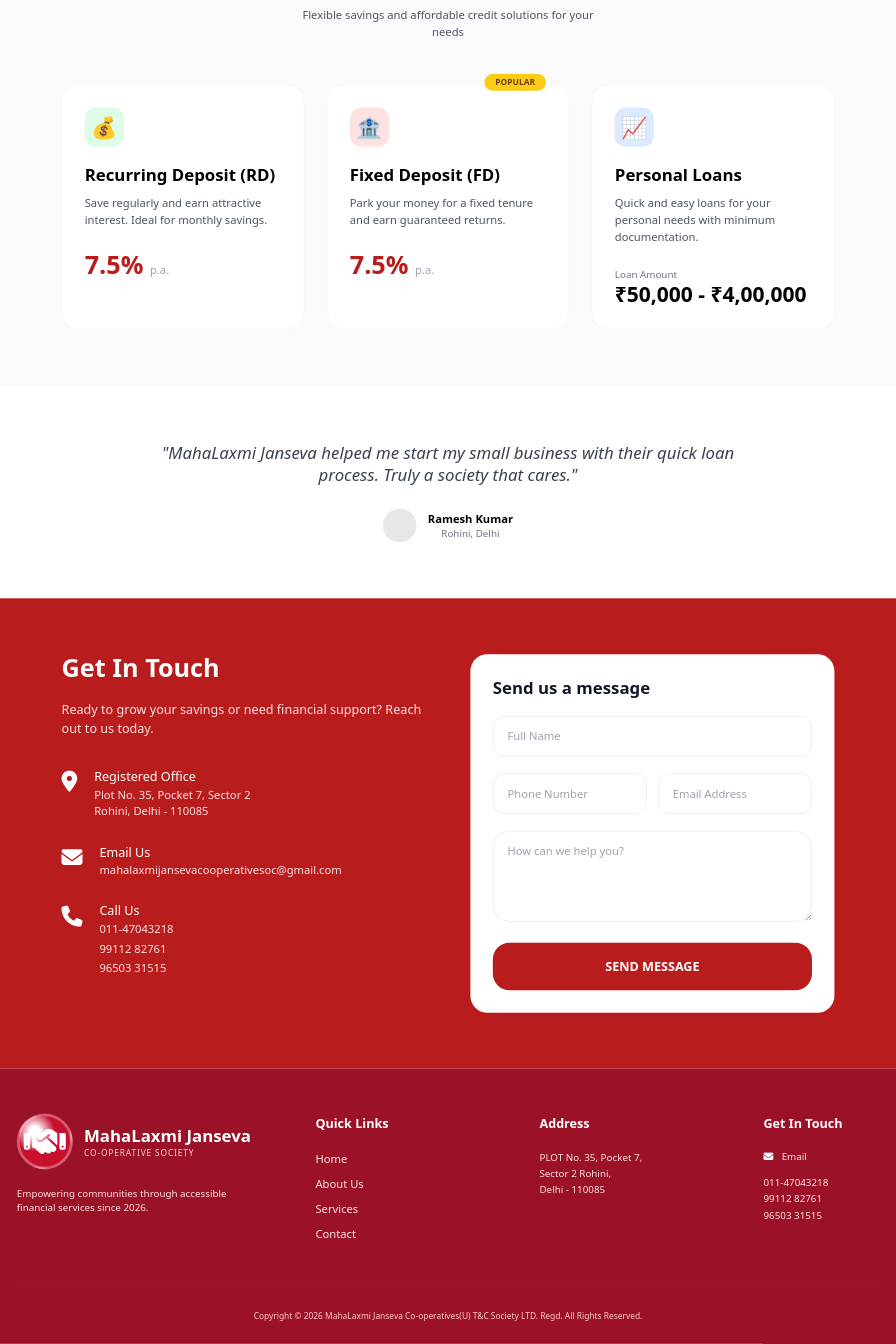
Repository: smritig537/Mahalaxmi
Page: Web.html
An editor plug-in stored every save of this project. The page is shown before and after the next save, followed by the edit.
The browser window is 1280 px wide. The pictures show the part of the page from y = 1764 to 3684 px (the page is 3684 px tall), at 70% of full size.
A picture or video elsewhere on the page could not be fetched, so the positions and the page height are approximate. Some web libraries are served in a nearby version.

Above is the page before, as saved 2026-05-25 01:04:22.

After the next save:
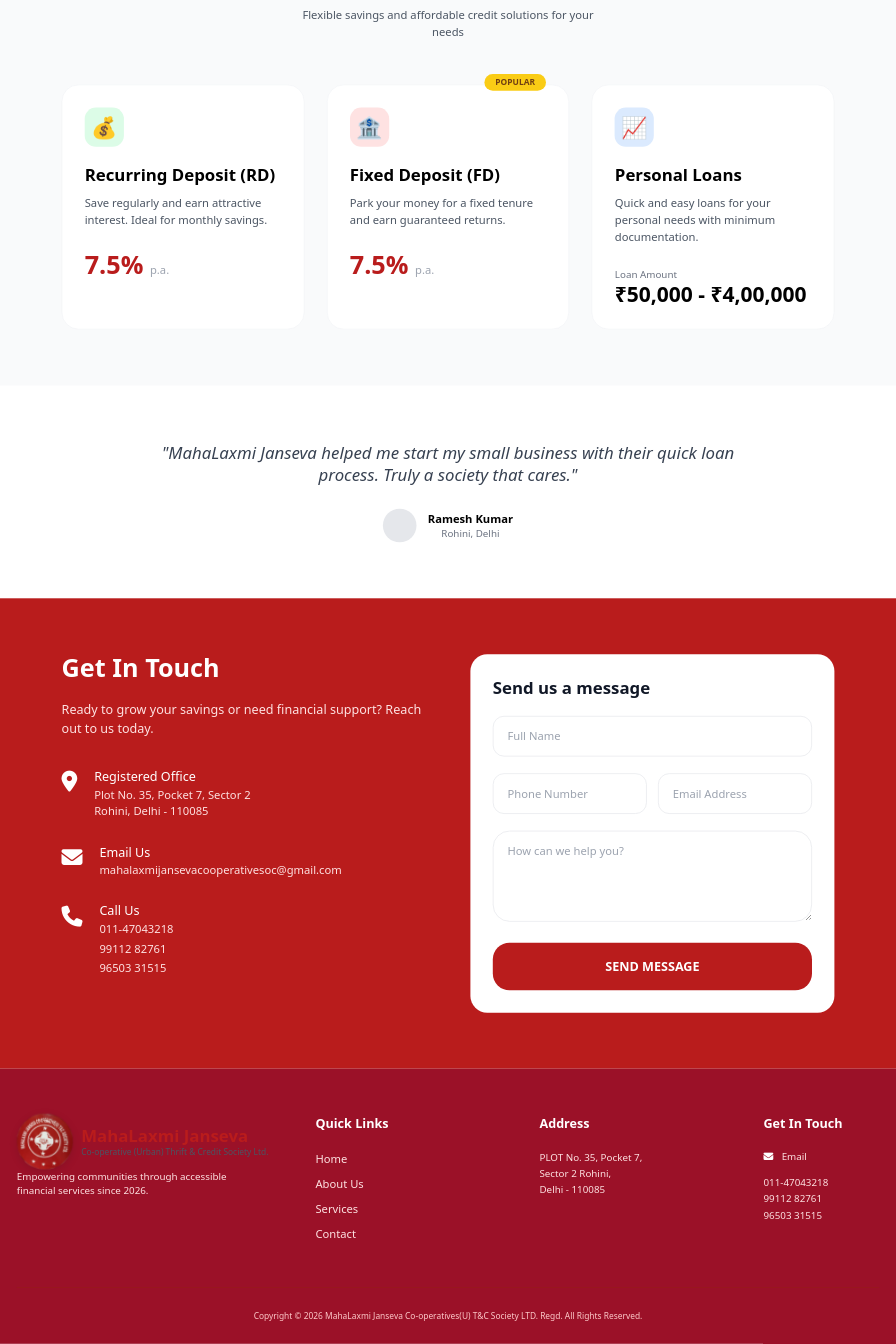
Saved 2 min 40 s later.
--- a/Web.html
+++ b/Web.html
@@ -353,15 +353,14 @@
             <div class="grid md:grid-cols-12 gap-12">
                 <!-- Logo Column -->
                 <div class="md:col-span-4">
-                    <div class="flex items-center gap-4 mb-6">
-                        <div class="w-20 h-20 logo-circle rounded-full border-4 border-white/30 flex items-center justify-center">
-                            <i class="fa-solid fa-handshake text-5xl text-white"></i>
-                        </div>
-                        <div>
-                            <div class="text-2xl font-bold">MahaLaxmi Janseva</div>
-                            <div class="text-xs uppercase tracking-widest text-red-200">Co-operative Society</div>
-                        </div>
-                    </div>
+                     <div class="flex items-center gap-3">
+                    <img src="logo.png" alt="MahaLaxmi Janseva Logo"
+                         class="logo-img w-20 h-20 object-contain">
+                    <div>
+                        <h1 class="text-2xl font-bold text-red-700 leading-tight">MahaLaxmi Janseva</h1>
+                        <p class="text-xs text-gray-600 font-medium">Co-operative (Urban) Thrift & Credit Society Ltd.</p>
+                    </div>
+                </div>
                     <p class="text-red-100 text-sm max-w-xs">
                         Empowering communities through accessible financial services since 2026.
                     </p>
